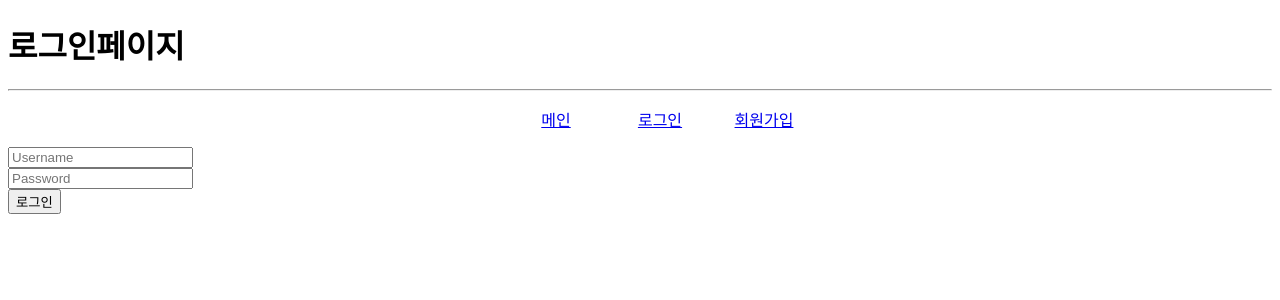
Repository: sunandjun/jspwork
Page: http://localhost/cos/login.jsp
An editor plug-in stored every save of this project. The page is shown before and after the next save, followed by the edit.
The browser window is 1280 px wide. The pictures show the whole page.
The page is served by Tomcat 9. Other server files are loaded and not shown.

Above is the page before, as saved 2020-08-22 06:28:06.

### cos/WebContent/login.jsp
<%@ page language="java" contentType="text/html; charset=UTF-8"
    pageEncoding="UTF-8"%>
<!DOCTYPE html>
<html>
<head>
<meta charset="UTF-8">
<title>로그인페이지</title>
<style type="text/css">
	ul {
		text-align: center;
	}

	li {
		display: inline-block;
		width: 100px;
	}

</style>
</head>
<body>
<h1>로그인페이지</h1>
<hr/>
<ul>
	<li><a href="main.jsp">메인</a></li>
	<li><a href="login.jsp">로그인</a></li>
	<li><a href="join.jsp">회원가입</a></li>
</ul>
<!-- 로그인은 Read 하는 것인데 보안을 위해 POST로 전송한다 -->
<form action="loginProc.jsp" method="post">
	<input type="text" name="username" placeholder="Username"/><br/>
	<input type="password" name="password" placeholder="Password"/><br/>
	<button>로그인</button><br/>
</form>
</body>
</html>

### cos/WebContent/layout/header.jsp
<%@ page language="java" contentType="text/html; charset=UTF-8"
    pageEncoding="UTF-8"%>
<!DOCTYPE html>
<html>
<head>
<meta charset="UTF-8">
<title>메인페이지</title>
<style type="text/css">
	ul {
		text-align: center;
	}

	li {
		display: inline-block;
		width: 100px;
	}

</style>
</head>
<body>
<ul>
	<li><a href="main.jsp">메인</a></li>
	<li><a href="login.jsp">로그인</a></li>
	<li><a href="join.jsp">회원가입</a></li>
</ul>
<hr/>

### cos/WebContent/layout/footer.jsp
<%@ page language="java" contentType="text/html; charset=UTF-8"
    pageEncoding="UTF-8"%>
    <hr/>
    <h1>푸터!!</h1>
</body>
</html>

After the next save:
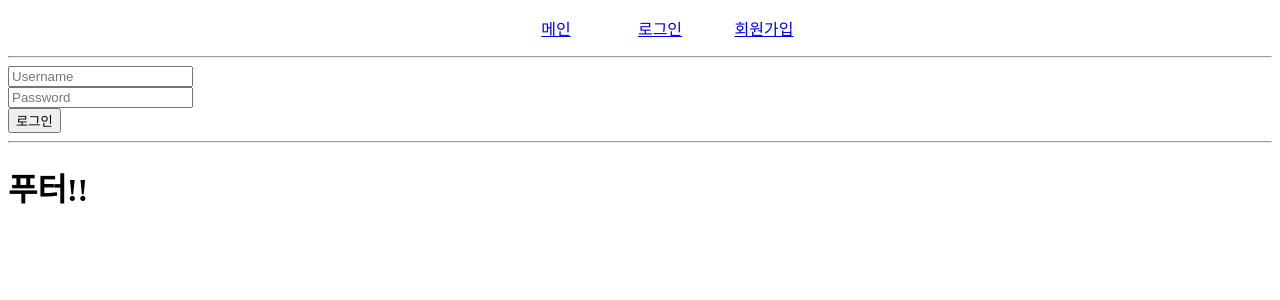
Saved 26 s later.
--- a/cos/WebContent/login.jsp
+++ b/cos/WebContent/login.jsp
@@ -1,35 +1,13 @@
 <%@ page language="java" contentType="text/html; charset=UTF-8"
     pageEncoding="UTF-8"%>
-<!DOCTYPE html>
-<html>
-<head>
-<meta charset="UTF-8">
-<title>로그인페이지</title>
-<style type="text/css">
-	ul {
-		text-align: center;
-	}
 
-	li {
-		display: inline-block;
-		width: 100px;
-	}
+<%@ include file="layout/header.jsp" %>
 
-</style>
-</head>
-<body>
-<h1>로그인페이지</h1>
-<hr/>
-<ul>
-	<li><a href="main.jsp">메인</a></li>
-	<li><a href="login.jsp">로그인</a></li>
-	<li><a href="join.jsp">회원가입</a></li>
-</ul>
 <!-- 로그인은 Read 하는 것인데 보안을 위해 POST로 전송한다 -->
 <form action="loginProc.jsp" method="post">
 	<input type="text" name="username" placeholder="Username"/><br/>
 	<input type="password" name="password" placeholder="Password"/><br/>
 	<button>로그인</button><br/>
 </form>
-</body>
-</html>
+
+<%@ include file="layout/footer.jsp" %>
